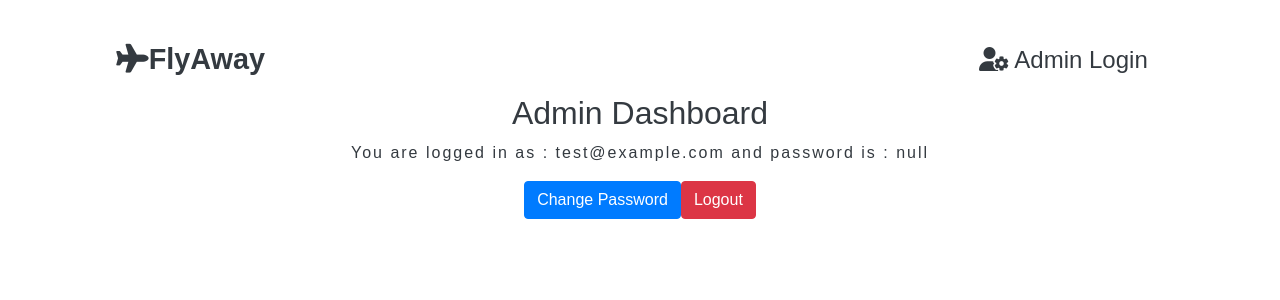
Repository: Niks4u2/FlyAway
Page: http://localhost/flyaway/dashboard.jsp
The author's editor kept a copy of each file at every save. The page is drawn from the files as they stood at one save, then again after the next save.
The browser window is 1280 px wide. The pictures show the whole page.
Some web fonts or font styles are not loaded; a fallback is used. Some web libraries are served in a nearby version. The page is served by Tomcat 10. The session is filled in as if someone had signed in: {"email": "test@example.com"}.

Above is the page before, as saved 2021-09-26 07:31:18.

After the next save:
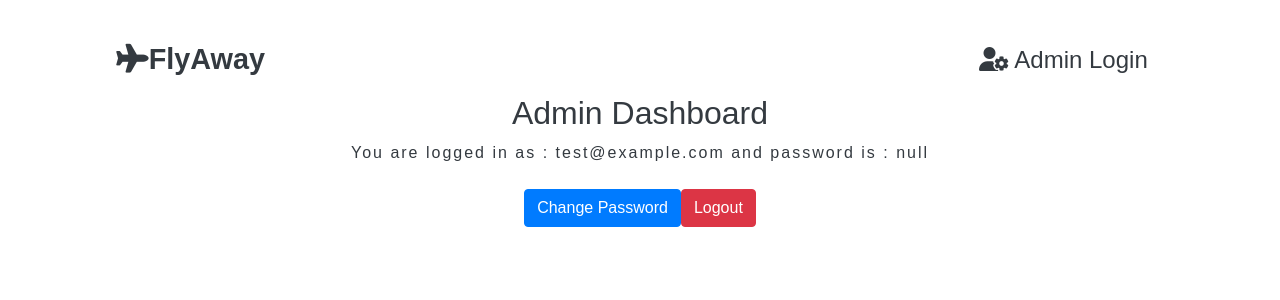
Saved 70 s later.
--- a/Source Code/flyaway/src/main/webapp/dashboard.jsp
+++ b/Source Code/flyaway/src/main/webapp/dashboard.jsp
@@ -80,7 +80,7 @@
                 <p>You are logged in as : <%= session.getAttribute("email") %> and password is : <%= session.getAttribute("password") %> </p>
             </div>
 
-            <div class="col-md-12 d-flex justify-content-center align-items-center">
+            <div class="col-md-12 d-flex justify-content-center align-items-center m-2">
                 <button class="btn btn-primary">Change Password</button>
                 <a href="LogoutServlet"><button class="btn btn-danger">Logout</button></a>
             </div>

After the save that followed:
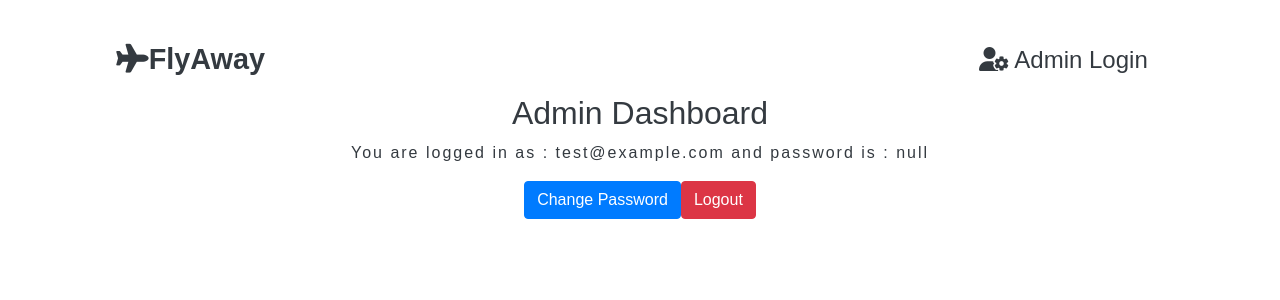
Saved 23 s later.
--- a/Source Code/flyaway/src/main/webapp/dashboard.jsp
+++ b/Source Code/flyaway/src/main/webapp/dashboard.jsp
@@ -80,7 +80,7 @@
                 <p>You are logged in as : <%= session.getAttribute("email") %> and password is : <%= session.getAttribute("password") %> </p>
             </div>
 
-            <div class="col-md-12 d-flex justify-content-center align-items-center m-2">
+            <div class="col-md-12 d-flex justify-content-center align-items-center mx-2">
                 <button class="btn btn-primary">Change Password</button>
                 <a href="LogoutServlet"><button class="btn btn-danger">Logout</button></a>
             </div>
